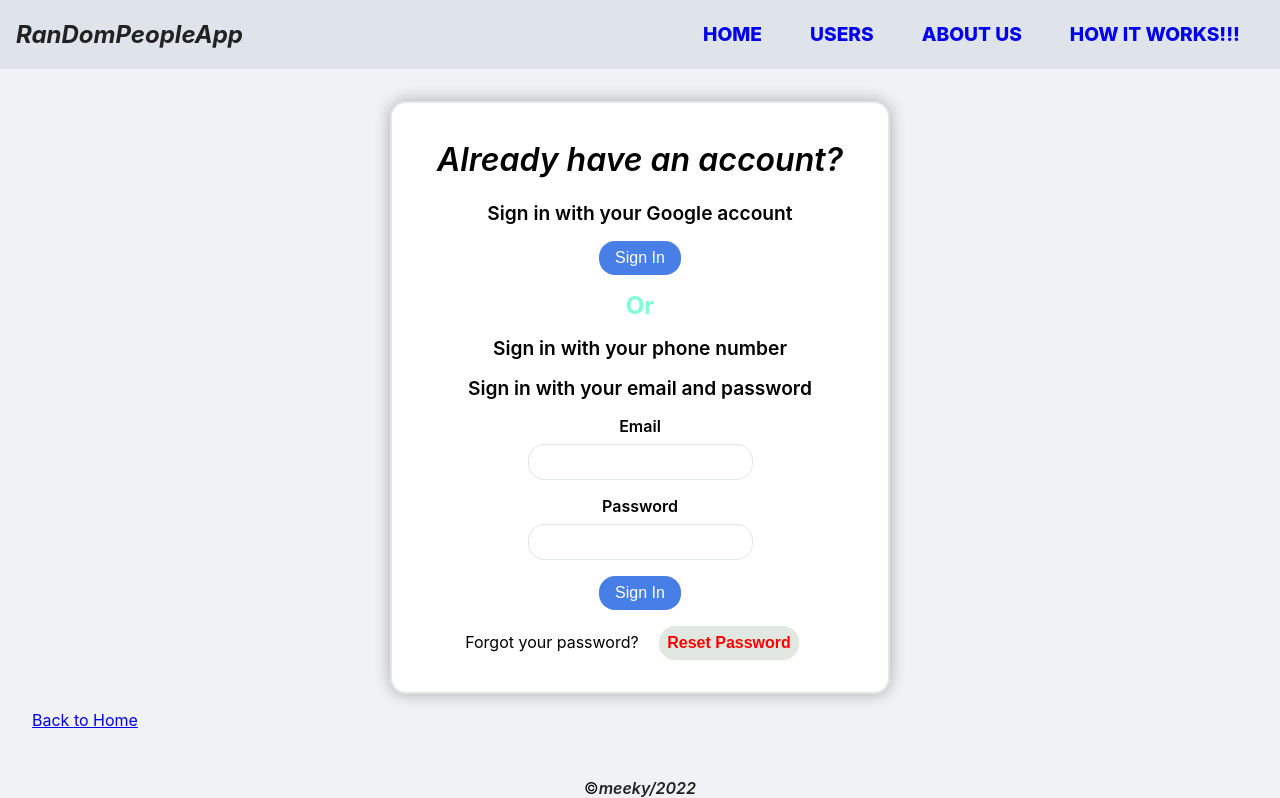
Repository: MikkyPrestige/RandomProfiles
Page: /profileDisplay
These files come from the project's save history. The page is drawn as it stood at one moment and after the next save; the edit follows.
The browser window is 1280 px wide. The pictures show the whole page.
The page's requests for data from a server got no answer. The project was rebuilt for these pictures with package versions that can differ from the ones it lists, and the page was loaded fresh each time. Some packages were replaced by stand-ins written for this rebuild. No one was signed in, and anything a server would have sent is missing. Also part of the build but not shown: src/assets/styles/home.css, src/components/home.jsx, src/components/users.jsx, src/assets/styles/search.css, src/components/search.jsx, src/assets/styles/help.css, src/components/help.jsx, src/assets/styles/about.css and 7 more.

Above is the page before, as saved 2022-12-05 18:21:43.

### public/index.html
<!DOCTYPE html>
<html lang="en">

<head>
  <meta charset="utf-8" />
  <link rel="icon" href="%PUBLIC_URL%/favicon.ico" />
  <meta name="viewport" content="width=device-width, initial-scale=1" />
  <meta name="theme-color" content="#000000" />
  <meta name="description" content="Web site created using create-react-app" />
  <link rel="apple-touch-icon" href="%PUBLIC_URL%/logo192.png" />
  <!--
      manifest.json provides metadata used when your web app is installed on a
      user's mobile device or desktop. See https://developers.google.com/web/fundamentals/web-app-manifest/
    -->
  <link rel="manifest" href="%PUBLIC_URL%/manifest.json" />
  <!--
      Notice the use of %PUBLIC_URL% in the tags above.
      It will be replaced with the URL of the `public` folder during the build.
      Only files inside the `public` folder can be referenced from the HTML.

      Unlike "/favicon.ico" or "favicon.ico", "%PUBLIC_URL%/favicon.ico" will
      work correctly both with client-side routing and a non-root public URL.
      Learn how to configure a non-root public URL by running `npm run build`.
    -->
  <title>AltSchool Assignment 2</title>
</head>

<body>
  <noscript>You need to enable JavaScript to run this app.</noscript>
  <div id="root"></div>
  <!--
      This HTML file is a template.
      If you open it directly in the browser, you will see an empty page.

      You can add webfonts, meta tags, or analytics to this file.
      The build step will place the bundled scripts into the <body> tag.

      To begin the development, run `npm start` or `yarn start`.
      To create a production bundle, use `npm run build` or `yarn build`.
    -->
</body>

</html>

### src/index.css
body {
  margin: 0;
  font-family: -apple-system, BlinkMacSystemFont, 'Segoe UI', 'Roboto', 'Oxygen',
    'Ubuntu', 'Cantarell', 'Fira Sans', 'Droid Sans', 'Helvetica Neue',
    sans-serif;
  -webkit-font-smoothing: antialiased;
  -moz-osx-font-smoothing: grayscale;
  background-color: #f1f2f6;
}

code {
  font-family: source-code-pro, Menlo, Monaco, Consolas, 'Courier New',
    monospace;
}

### src/App.jsx
import * as React from "react";
import { ErrorBoundary } from "react-error-boundary";
import { Route, Routes } from "react-router-dom";
import {
  Layout,
  Home,
  Users,
  Search,
  Help,
  About,
  Error,
  ErrorFallBack,
  Profile,
  ProfileDisplay,
  Register,
  UpdatePassword,
  Footer,
} from "./components";

const App = () => {
  return (
    <div className="App">
      <main>
        <ErrorBoundary FallbackComponent={ErrorFallBack}>
          <Layout />
          <Routes>
            <Route path="/" element={<Home />} />
            <Route path="users">
              <Route index element={<Users />} />
              <Route path=":id" element={<Search />} />
            </Route>
            <Route path="profile" element={<Profile />} />
            <Route path="profileDisplay" element={<ProfileDisplay />} />
            <Route path="register" element={<Register />} />
            <Route path="update" element={<UpdatePassword />} />
            <Route path="help" element={<Help />} />
            <Route path="about" element={<About />} />
            <Route path="*" element={<Error />} />
          </Routes>
        </ErrorBoundary>
        <Footer />
      </main>
    </div>
  );
};

export default App;

### src/components/index.js
export { default as Layout } from "./layout";
export { default as Home } from "./home";
export { default as Users } from "./users";
export { default as Search } from "./search";
export { default as Help } from "./help";
export { default as About } from "./about";
export { default as Error } from "./error";
export { default as ErrorFallBack } from "./errorFallback";
export { default as Profile } from "./profile";
export { default as ProfileDisplay } from "./profileDisplay";
export { default as Register } from "./register";
export { default as UpdatePassword } from "./update";
export { Footer } from "./avatar";

### src/components/layout.jsx
// LAYOUT COMPONENT - This component is for the App Layout that displays the Navigation bar in the app UI to the user when app is open

import { NavLink } from "react-router-dom";
import "../assets/styles/layout.css";

const CustomNavLink = ({ to, ...props }) => {
  let activeStyle = {
    textDecoration: 'underline',
    color: 'red',
  };

  return (
    <NavLink
      style={({ isActive }) =>
        isActive ? activeStyle : { textDecoration: 'none' }
      }
      to={to}
      end
      {...props}
    />
  );
};


const Layout = () => {

  return (
    <nav className="layout">
      <div className="app-header">
        <h1>RanDomPeopleApp</h1>
      </div>
      <div className="nav__items">
        <CustomNavLink to="/" className="nav__item">Home</CustomNavLink>
        <CustomNavLink to="profile" className="nav__item">Users</CustomNavLink>
        <CustomNavLink to="about" className="nav__item">About us</CustomNavLink>
        <CustomNavLink to="help" className="nav__item">How it works!!!</CustomNavLink>
      </div>
    </nav>
  );
}

export default Layout;

### src/components/profileDisplay.jsx
import { useEffect, useState } from "react";
import { Link } from "react-router-dom";
import {
  auth,
  provider,
  signInWithRedirect,
  onAuthStateChanged,
  // RecaptchaVerifier,
  signInWithPhoneNumber,
  signInWithEmailAndPassword,
  sendPasswordResetEmail,
  signOut,
  deleteUser,
} from "../config";
import { Avatar } from "./avatar";

const ProfileDisplay = () => {
  const [user, setUser] = useState(null);
  const [email, setEmail] = useState("");
  const [phoneNumber, setPhoneNumber] = useState("");
  const [password, setPassword] = useState("");
  const [error, setError] = useState("");
  const [phoneError, setPhoneError] = useState("");

  useEffect(() => {
    onAuthStateChanged(auth, (user) => {
      if (user) {
        setUser(user);
      } else {
        setUser(null);
      }
    });
  }, []);

  // handle invisible RecaptchaVerifier
  // window.recaptchaVerifier = new RecaptchaVerifier( 'sign-in-btn', {
  //     'size': "invisible",
  //     'callback': (response) => {
  //       // reCAPTCHA solved, allow signInWithPhoneNumber.
  //       onSignInSubmit();
  //     }
  //   }, auth);

    // const recaptchaResponse = grecaptcha.getResponse(recaptchaWidgetId);

  // const onSignInSubmit = (e) => {
  //   e.preventDefault();
  //   const appVerifier = window.recaptchaVerifier;
  //   signInWithPhoneNumber(auth, phoneNumber, appVerifier).then(
  //     (confirmationResult) => {
  //       // SMS sent. Prompt user to type the code from the message, then sign the user in with confirmationResult.confirm(code).
  //       const code = window.prompt(
  //         "Enter the code that was sent to your mobile device."
  //       );
  //       confirmationResult
  //         .confirm(code)
  //         .then((result) => {
  //           // User signed in successfully.
  //           // const user = result.user;
  //           // ...
  //         })
  //         .catch((phoneError) => {
  //           // User couldn't sign in (bad verification code?)
  //           setPhoneError(phoneError.message);
  //         });
  //     }
  //   );
  // };

  // handle sign In
  const signIn = (e) => {
    e.preventDefault();
    signInWithRedirect(auth, provider);
  };

  // sign in with email and password
  const handleSignIn = (e) => {
    e.preventDefault();
    signInWithEmailAndPassword(auth, email, password)
      .then(() => {
        console.log("User signed in!");
      })
      .catch((error) => {
        if (error.code === "auth/wrong-password") {
          setError("Wrong password!");
        }
        if (error.code === "auth/user-not-found") {
          setError("User not found!");
        }
        console.error(error);
      });
  };

  // Send a password reset email
  const handlePasswordReset = (e) => {
    e.preventDefault();
    sendPasswordResetEmail(auth, email)
      .then(() => {
        // console.log("Password reset email sent!");
        alert("Password reset email sent!");
      })
      .catch((error) => {
        const errorCode = error.code;
        const errorMessage = error.message;
        console.error(errorMessage);
        alert(errorCode);
      });
  };

  // handle sign out
  const handleSignOut = (e) => {
    e.preventDefault();
    signOut(auth)
      .then(() => {
        console.log("User signed out!");
      })
      .catch((error) => {
        console.error(error);
      });
  };

  // handle delete user
  const handleDelete = (e) => {
    e.preventDefault();
    deleteUser(auth.currentUser)
      .then(() => {
        console.log("User deleted!");
      })
      .catch((error) => {
        console.error(error);
      });
  };

  return (
    <div className="profile">
      <div className="profile__container">
        <div className="profile__desc">
          {user ? (
            <div className="profile__user">
              <h1 className="profile__title">Profile Display</h1>
              <div className="profile__paragraph">
                <Avatar
                  image={user.photoURL}
                  style={{
                    width: "10rem",
                    height: "10rem",
                    borderRadius: "50%",
                  }}
                />
                <p className="profile__detail">
                  <strong>Signed in account name: </strong>
                  {user.displayName}
                </p>
                <p className="profile__detail">
                  <strong>Signed in email: </strong>
                  {user.email}
                </p>
              </div>
              <div className="profile__buttons">
                <Link to="/users" className="profile__link">
                  View Users
                </Link>
                <Link to="/update" className="btn__link">
                  Update Password
                </Link>
              </div>
              <div className="btn__wrapper">
                <button onClick={handleSignOut} className="btn">
                  Sign Out
                </button>
                <button onClick={handleDelete} className="btn">
                  Delete Account
                </button>
              </div>
            </div>
          ) : (
            <div className="profile__user">
              <div className="sign__wrapper">
                <h1 className="profile__title">Already have an account?</h1>
                <h2 className="sign__heading">
                  Sign in with your Google account
                </h2>
                <button onClick={signIn} className="sign__btn">
                  Sign In
                </button>
                <p className="or">Or</p>
                <h2 className="sign__heading">
                  Sign in with your phone number
                </h2>
                {/* <form className="sign__form" id="sign-in-btn">
                  <input
                    type="tel"
                    name="phoneNumber"
                    placeholder="Enter Phone Number"
                    className="sign__input"
                    onChange={(e) => setPhoneNumber(e.target.value)}
                    required
                  />
                  <button type="submit" onClick={onSignInSubmit} className="sign__btn">
                    Sign In
                  </button>
                  {phoneError && <p className="error">{phoneError}</p>}
                </form> */}
                <h2 className="sign__heading">
                  Sign in with your email and password
                </h2>
                <form onSubmit={handleSignIn} className="sign__form">
                  <label htmlFor="email" className="sign__label">
                    Email
                  </label>
                  <input
                    type="email"
                    name="email"
                    id="email"
                    value={email}
                    onChange={(e) => setEmail(e.target.value)}
                    className="sign__input"
                  />

                  <label htmlFor="password" className="sign__label">
                    Password
                  </label>
                  <input
                    type="password"
                    name="password"
                    id="password"
                    value={password}
                    onChange={(e) => setPassword(e.target.value)}
                    className="sign__input"
                  />
                  {error && <p className="error">{error}</p>}
                  <button type="submit" className="sign__btn">
                    Sign In
                  </button>
                </form>
                <div>
                  <span>Forgot your password? </span>
                  <button onClick={handlePasswordReset} className="btn">
                    Reset Password
                  </button>
                </div>
              </div>
            </div>
          )}
        </div>
      </div>
      <p className="register__text">
        <Link to="/" className="register__link">
          Back to Home
        </Link>
      </p>
    </div>
  );
};

export default ProfileDisplay;

### src/components/avatar.jsx
// AVATAR COMPONENT - This component is for the Images used in the app.

import "../assets/styles/layout.css";

export const Avatar = ({ image = "", alt = "", style = {} }) => {
  return (
    <div className="avatar">
      <img src={image} alt={alt} style={style} />
    </div>
  );
};

// FOOTER COMPONENT - for the attribution

export const Footer = () => {
  return (
    <div className="attribution">
      <footer>
        &copy;
        <a
          href="https://github.com/MeekyBerry"
          target="_blank"
          rel="noreferrer"
          className="footer"
        >
          meeky/2022
        </a>
      </footer>
    </div>
  );
};

### src/assets/styles/layout.css
.layout {
  background-color: #dfe4ea;
  padding: 0rem 1rem;
  color: #222;
  display: flex;
  align-items: center;
  justify-content: space-between;
}

.app-header {
  font-style: italic;
}

.nav__items {
  display: flex;
  align-items: center;
  list-style: none;
  flex-wrap: wrap;
}

.nav__item {
  font-size: 1.2rem;
  font-weight: 800;
  padding: 1rem 1.5rem;
  text-transform: uppercase;
}

.attribution {
  text-align: center;
}

.footer {
  color: #222;
  text-decoration: none;
  cursor: pointer;
  font-style: italic;
  font-weight: 600;
}

### src/assets/styles/users.css
.users {
  background-color: #fff;
  border: 1px solid #ccc;
  border-radius: 0.5rem;
  padding: 1rem;
  margin: 1rem;
}

.users__heading {
  text-align: center;
  text-transform: uppercase;
  font-size: 1.5rem;
  font-weight: bold;
  margin-bottom: 1rem;
}

/* TOP BUTTON  */
.top__btn {
  display: flex;
  justify-content: space-between;
  align-items: center;
  margin-bottom: 1rem;
}

.cta {
  background-color: #fff;
  border: 1px solid #ccc;
  border-radius: 1rem;
  padding: 0.5rem;
  margin: 1rem;
  font-size: 1rem;
  font-weight: bold;
  cursor: pointer;
}

.page__num {
  background-color: #7fffd4;
  color: #fff;
  border: none;
  border-radius: 50%;
  padding: 0.5rem;
  font-size: 1.5rem;
  font-weight: bold;
  cursor: pointer;
}

.users__list {
  list-style: none;
  padding: 2rem;
  margin: 1rem auto;
  width: 85%;
  display: grid;
  grid-template-columns: repeat(3, minmax(200px, 1fr));
  grid-gap: 3rem;
}

.user__items {
  padding: 1rem;
  border-bottom: 1px solid #ccc;
}

.user__item {
  background-color: #fff;
  border: 1px solid #ccc;
  border-radius: 0.5rem;
  padding: 1rem;
}

.user__img {
  width: 80%;
  border-radius: 10%;
  margin-left: 1rem;
}

/* BUTTON BELOW */
.bottom__btn {
  display: flex;
  justify-content: center;
  align-items: center;
}

.btn {
  background-color: #1e90ff;
  color: #f1f2f6;
  border: none;
  border-radius: 1rem;
  padding: 0.5rem 1rem;
  margin: 1rem;
  font-size: 1rem;
  font-weight: bold;
  cursor: pointer;
}

.active:hover {
  background-color: #ced6e0;
  color: #1e90ff;
}

.active:active {
  background-color: #70a1ff;
  color: #ced6e0;
}

.btn__array {
  padding: 0.5rem;
  margin: 0.5rem;
  font-size: 1rem;
  font-weight: bold;
  border-radius: 0.5rem;
  border: none;
  cursor: pointer;
}

.pagination {
  text-align: center;
}

.search__box {
  display: flex;
  justify-content: center;
  align-items: center;
}

.search__link {
  background-color: #fff;
  border: 1px solid #ccc;
  color: #1e90ff;
  border-radius: 1rem;
  width: 18rem;
  padding: 0.5rem;
  margin: 1rem;
  font-size: 1rem;
  font-weight: bold;
  cursor: pointer;
  text-align: center;
  text-decoration: none;
  animation: search 1s ease-in-out infinite;
}

.search__link:hover {
  background-color: #1e90ff;
  color: #fff;
  animation: none;
}

.search__link:active {
  background-color: #70a1ff;
  color: #fff;
  animation: none;
}

@keyframes search {
  0% {
    transform: scale(1);
  }

  50% {
    transform: scale(1.2);
  }

  100% {
    transform: scale(1);
  }
}

### src/config/index.js
// Import the functions you need from the SDKs you need
import { initializeApp } from "firebase/app";
import {
  getAuth,
  signInWithRedirect,
  GoogleAuthProvider,
  getRedirectResult,
  onAuthStateChanged,
  createUserWithEmailAndPassword,
  RecaptchaVerifier,
  signInWithPhoneNumber,
  signInWithEmailAndPassword,
  sendPasswordResetEmail,
  updatePassword,
  signOut,
  deleteUser,
} from "firebase/auth";

// web app's Firebase configuration
const firebaseConfig = {
  apiKey: "AIzaSyCfrfw6chi091bWLqJvanxAUTxgJ5XqEu0",
  authDomain: "random-people-app.firebaseapp.com",
  projectId: "random-people-app",
  storageBucket: "random-people-app.appspot.com",
  messagingSenderId: "1097586453252",
  appId: "1:1097586453252:web:4575afe7663a752ae77e51",
};

// Initialize Firebase
const app = initializeApp(firebaseConfig);
// Setup Google auth provider
const provider = new GoogleAuthProvider();

const auth = getAuth();

export {
  app,
  provider,
  auth,
  signInWithRedirect,
  getRedirectResult,
  onAuthStateChanged,
  createUserWithEmailAndPassword,
  RecaptchaVerifier,
  signInWithPhoneNumber,
  signInWithEmailAndPassword,
  sendPasswordResetEmail,
  updatePassword,
  signOut,
  deleteUser,
};

### src/assets/styles/profile.css
.profile {
  padding: 2rem;
  height: 100%;
}

.or {
  font-size: 1.5rem;
  color: #7fffd4;
  font-weight: bold;
  margin: 1rem 0;
}

.profile__container {
  display: flex;
  flex-direction: column;
  align-items: center;
  justify-content: center;
}

.profile__desc {
  text-align: center;
  max-width: 500px;
  width: 100%;
}

.profile__user {
  background-color: #fff;
  border: 2px solid #e1e8e1;
  border-radius: 1rem;
  box-shadow: 0 0 1rem rgba(0, 0, 0, 0.3);
  padding: 1rem 0;
}

.profile__title {
  font-size: 2rem;
  font-weight: 600;
  font-style: oblique;
}

.profile__paragraph {
  margin: 2rem 0;
}

.profile__detail {
  font-size: 1.2rem;
  font-weight: 400;
}

.profile__link {
  font-size: 1.2rem;
  font-weight: 600;
  background-color: #0651dd;
  color: #f1f2f6;
  padding: 0.4rem;
  border-radius: 0.5rem;
  text-decoration: none;
}

.profile__link:hover {
  background-color: #1550bd;
  color: #fff;
  text-decoration: underline;
}

.profile__buttons {
  display: flex;
  flex-direction: column;
  align-items: center;
  gap: .5rem;
}

.btn__wrapper {
  display: flex;
  justify-content: center;
  align-items: center;
  gap: 5rem;
  margin-top: .5rem;
}

.btn__link {
  font-size: 1.3rem;
  font-weight: 600;
  color: green;
  text-decoration: none;
}

.btn__link:hover {
  text-decoration: underline;
}

.btn {
  background-color: #e1e8e1;
  color: red;
  border: none;
  border-radius: 1rem;
  padding: .5rem;
  font-size: 1rem;
  cursor: pointer;
}

.btn:hover {
  background-color: #d1d8d1;
  color: #0651ddbb;
}

.btn:active {
  background-color: #c1c8c1;
  color: #0651ddbb;
}

.sign__btn {
  background-color: #0651ddbb;
  color: #fff;
  border: none;
  border-radius: 1rem;
  padding: .5rem 1rem;
  font-size: 1rem;
  cursor: pointer;
}

.sign__btn:hover {
  background-color: #0651dd;
  color: #fff;
}

.sign__btn:active {
  background-color: #0651dd;
  color: #fff;
}

.sign__heading {
  font-size: 1.2rem;
  font-weight: 600;
  text-align: center;
  margin-bottom: 1rem;
}

.sign__form {
  display: flex;
  flex-direction: column;
  justify-content: center;
  align-items: center;
}

.sign__label {
  font-size: 1rem;
  font-weight: 600;
  margin-bottom: .5rem;
}

.sign__input {
  border: 1px solid #e1e8e1;
  border-radius: 1rem;
  padding: .5rem;
  font-size: 1rem;
  margin-bottom: 1rem;
}

.sign__input:focus {
  outline: none;
}

.register__container {
  margin-top: 2rem;
  border-top: 1px solid #ccc;
}

.register__title {
  font-size: 1.5rem;
  font-weight: 600;
}

.register__group {
  display: flex;
  justify-content: center;
  align-items: center;
  gap: 1rem;
  margin: 1rem;
}

.register__label {
  font-size: 1rem;
  font-weight: 600;
}

.register__input {
  border: 1px solid #e1e8e1;
  border-radius: 1rem;
  padding: .5rem;
  font-size: 1rem;
}

.register__input:focus {
  outline: none;
}

.error {
  color: red;
  font-size: 1rem;
  font-weight: 600;
  margin-top: -.8rem;
}

Loaded but not shown: src/index.js (common file)

After the next save:
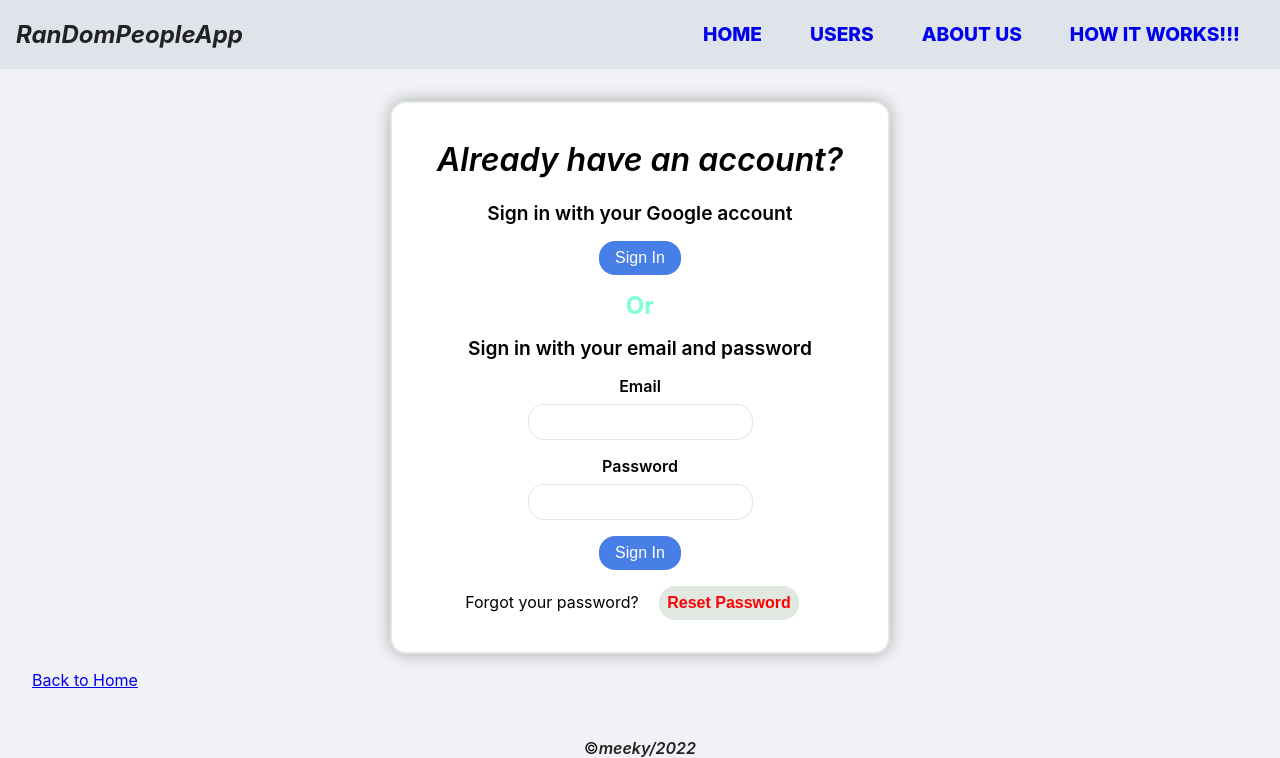
Saved 19 s later.
--- a/src/components/profileDisplay.jsx
+++ b/src/components/profileDisplay.jsx
@@ -184,9 +184,9 @@ const ProfileDisplay = () => {
                   Sign In
                 </button>
                 <p className="or">Or</p>
-                <h2 className="sign__heading">
+                {/* <h2 className="sign__heading">
                   Sign in with your phone number
-                </h2>
+                </h2> */}
                 {/* <form className="sign__form" id="sign-in-btn">
                   <input
                     type="tel"
